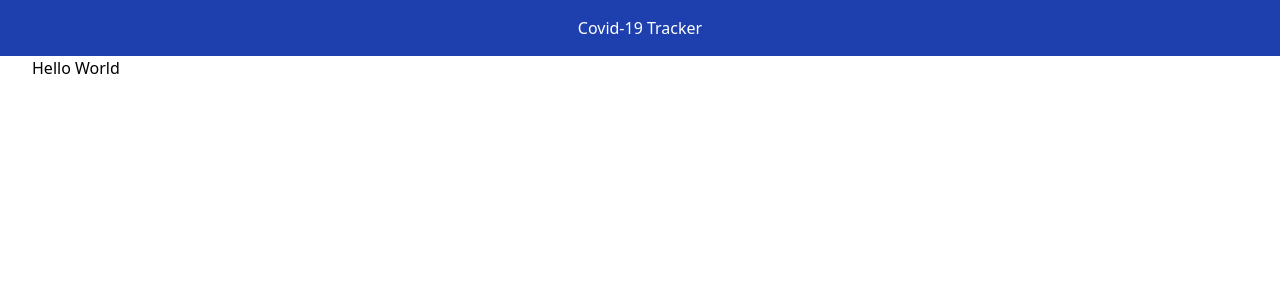
Repository: starcode72/vue-covid-tracker
Page: /
These files come from the project's save history. The page is drawn as it stood at one moment and after the next save; the edit follows.
The browser window is 1280 px wide. The pictures show the whole page.
The project was rebuilt for these pictures with package versions that can differ from the ones it lists, and the page was loaded fresh each time. Also part of the build but not shown: vue.config.js.

Above is the page before, as saved 2022-04-30 08:28:15.

After the next save:
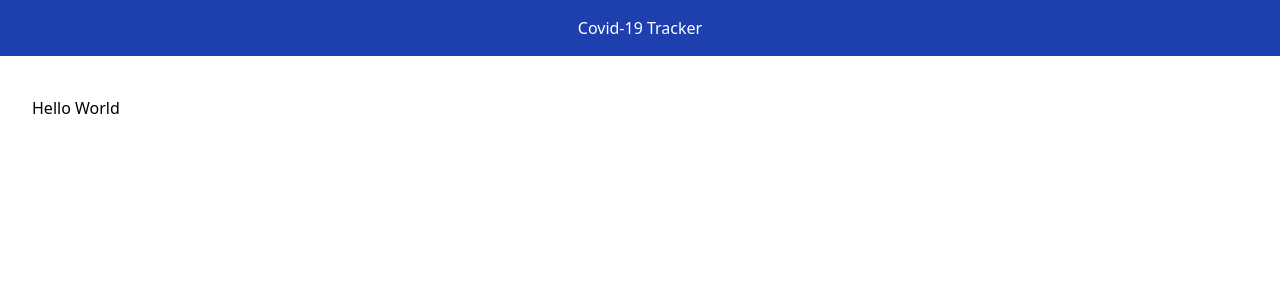
Saved 5 s later.
--- a/src/components/Header.vue
+++ b/src/components/Header.vue
@@ -1,5 +1,5 @@
 <template>
-  <header class="text-center bg-blue-800 text-white p-4" mb- >
+  <header class="text-center bg-blue-800 text-white p-4 mb-10" >
     <div>Covid-19 Tracker</div>
   </header>
 </template>
